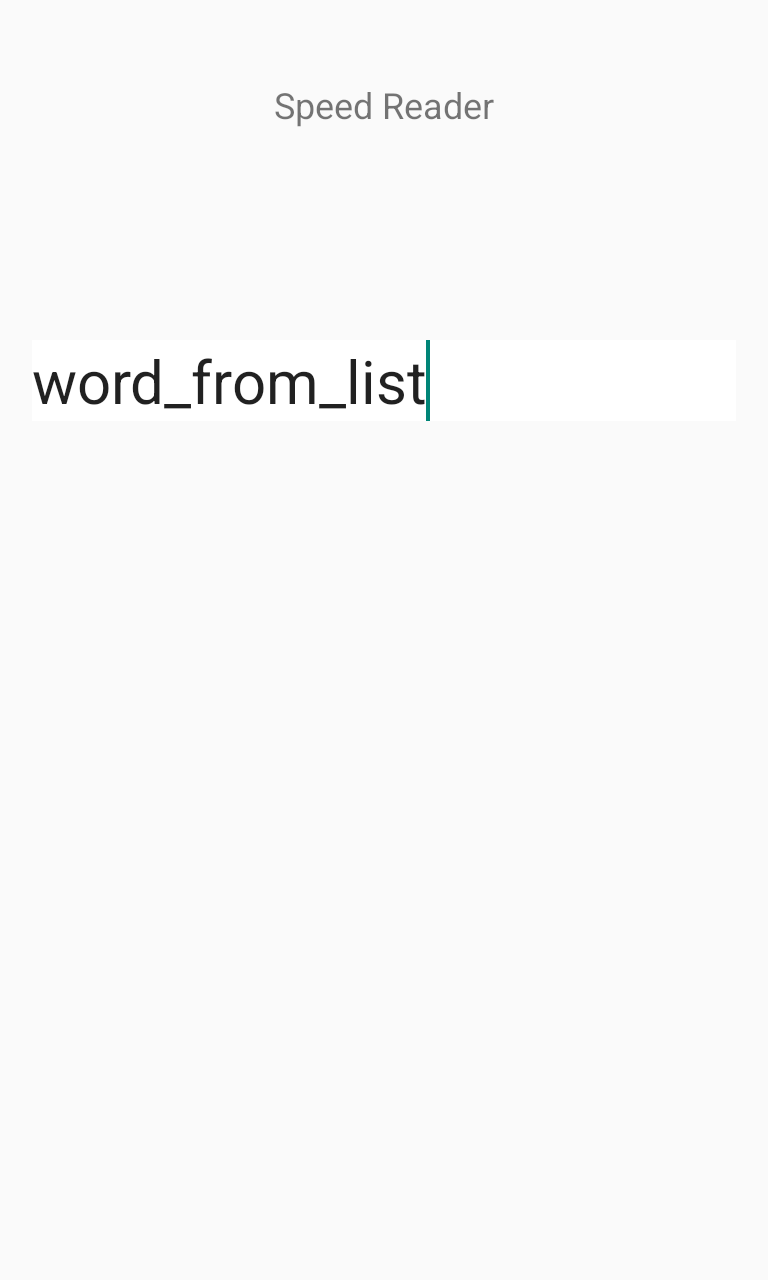
Repository: hdemby/workspace
Layout: SpeedReader/res/layout/activity_main.xml
The author's editor kept a copy of each file at every save. The layout is drawn from the files as they stood at one save, then again after the next save.
It is drawn on a 768 x 1280 px phone screen (xhdpi) without system bars, with theme AppTheme; the app's code is not run.

Above is the layout before, as saved 2014-12-03 17:14:02.

### SpeedReader/res/layout/activity_main.xml
<RelativeLayout xmlns:android="http://schemas.android.com/apk/res/android"
    xmlns:tools="http://schemas.android.com/tools"
    android:layout_width="match_parent"
    android:layout_height="match_parent"
    android:paddingBottom="@dimen/activity_vertical_margin"
    android:paddingLeft="@dimen/activity_horizontal_margin"
    android:paddingRight="@dimen/activity_horizontal_margin"
    android:paddingTop="@dimen/activity_vertical_margin"
    tools:context="coursera.speedreader.MainActivity" >

    <LinearLayout
        android:id="@+id/linearLayout1"
        android:layout_width="wrap_content"
        android:layout_height="wrap_content"
        android:layout_centerHorizontal="true"
        android:layout_marginTop="154dp"
        android:orientation="vertical" >
    </LinearLayout>

    <TextView
        android:id="@+id/textView1"
        android:layout_width="wrap_content"
        android:layout_height="wrap_content"
        android:layout_alignParentTop="true"
        android:layout_centerHorizontal="true"
        android:layout_marginTop="24dp"
        android:text="@string/app_name"
        android:textSize="18sp" />

    <EditText
        android:id="@+id/editText1"
        android:layout_width="wrap_content"
        android:layout_height="wrap_content"
        android:layout_alignTop="@+id/linearLayout1"
        android:layout_centerHorizontal="true"
        android:background="#ffffffff"
        android:ems="10"
        android:text="@string/window_text"
        android:textSize="30sp" >

        <requestFocus />
    </EditText>

    <LinearLayout
        android:layout_width="wrap_content"
        android:layout_height="wrap_content"
        android:layout_alignLeft="@+id/linearLayout1"
        android:layout_alignParentBottom="true"
        android:layout_marginBottom="140dp"
        android:orientation="vertical" >

        <LinearLayout
            android:layout_width="match_parent"
            android:layout_height="wrap_content"
            android:background="#ffffffff" >

        </LinearLayout>

    </LinearLayout>

</RelativeLayout>

### SpeedReader/res/values/strings.xml
<?xml version="1.0" encoding="utf-8"?>
<resources>

    <string name="app_name">Speed Reader</string>
    <string name="hello_world">Hello world!</string>
    <string name="action_settings">Settings</string>
    <string name="window_text">word_from_list</string>
    <string name="content_text">
        This is text to populate the contents of the reading window.
        I may include ont of the class lectures as the content for this app</string>

</resources>

Loaded but not shown: SpeedReader/res/values/styles.xml (common file); SpeedReader/res/values-v11/styles.xml (common file); SpeedReader/res/values-v14/styles.xml (common file); SpeedReader/res/values/dimens.xml (common file); SpeedReader/res/values-w820dp/dimens.xml (common file)

After the next save:
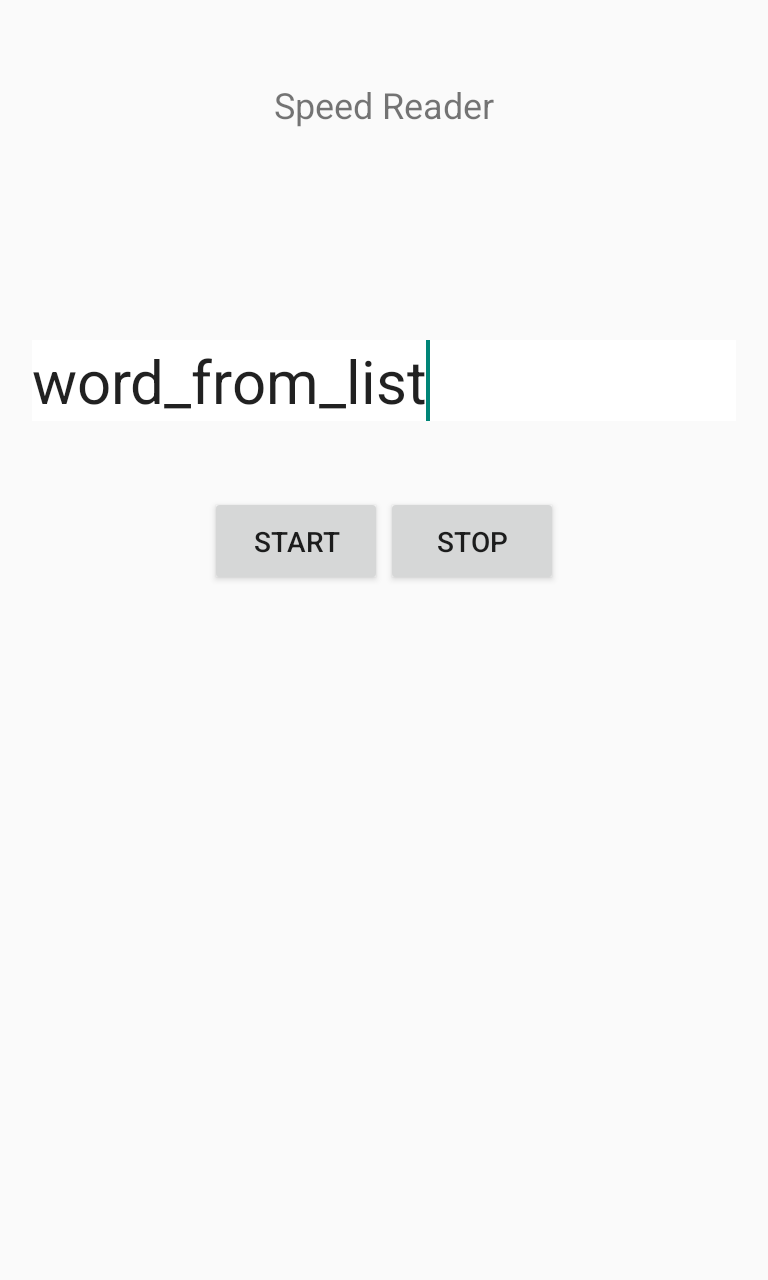
Saved 5 min 6 s later.
--- a/SpeedReader/res/layout/activity_main.xml
+++ b/SpeedReader/res/layout/activity_main.xml
@@ -42,20 +42,25 @@
     </EditText>
 
     <LinearLayout
+        android:id="@+id/linearLayout3"
         android:layout_width="wrap_content"
         android:layout_height="wrap_content"
-        android:layout_alignLeft="@+id/linearLayout1"
-        android:layout_alignParentBottom="true"
-        android:layout_marginBottom="140dp"
-        android:orientation="vertical" >
+        android:layout_below="@+id/editText1"
+        android:layout_centerHorizontal="true"
+        android:layout_marginTop="36dp" >
 
-        <LinearLayout
-            android:layout_width="match_parent"
+        <Button
+            android:id="@+id/button1"
+            android:layout_width="wrap_content"
             android:layout_height="wrap_content"
-            android:background="#ffffffff" >
+            android:layout_marginBottom="34dp"
+            android:text="Start" />
 
-        </LinearLayout>
-
+        <Button
+            android:id="@+id/button2"
+            android:layout_width="wrap_content"
+            android:layout_height="wrap_content"
+            android:text="Stop" />
     </LinearLayout>
 
 </RelativeLayout>
